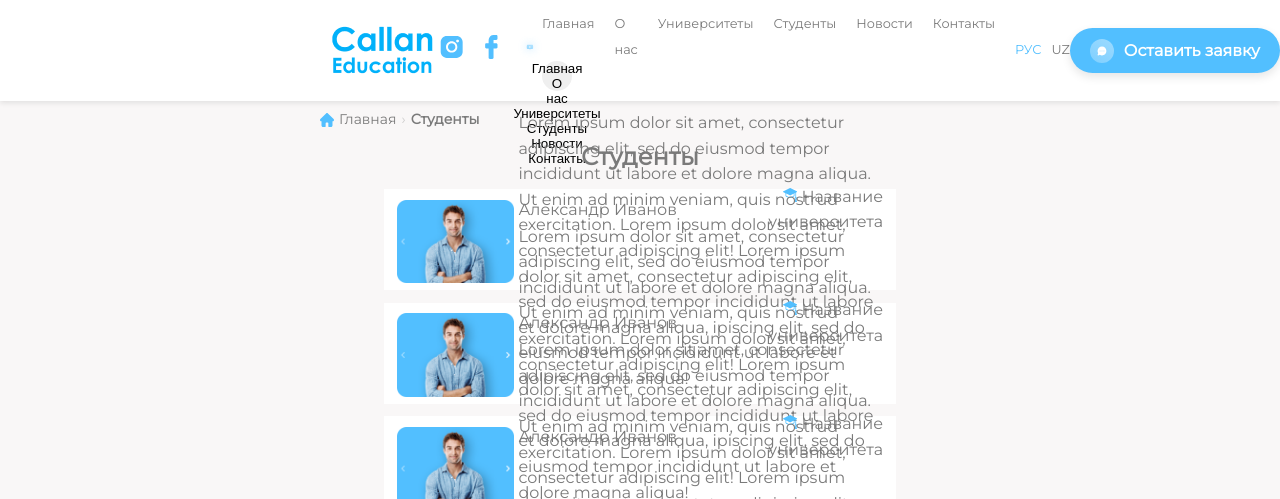
Repository: olyakorzh/Team-project-1
Page: assets/pages/students.html
The author's editor kept a copy of each file at every save. The page is drawn from the files as they stood at one save, then again after the next save.
The browser window is 1280 px wide. The pictures show the part of the page from y = 0 to 499 px (the page is 1974 px tall before and 1954 px after).
Pictures or frames that could not be fetched are drawn as grey boxes. A picture or video elsewhere on the page could not be fetched, so the positions and the page height are approximate.

Above is the page before, as saved 2024-12-08 17:14:30.

After the next save:
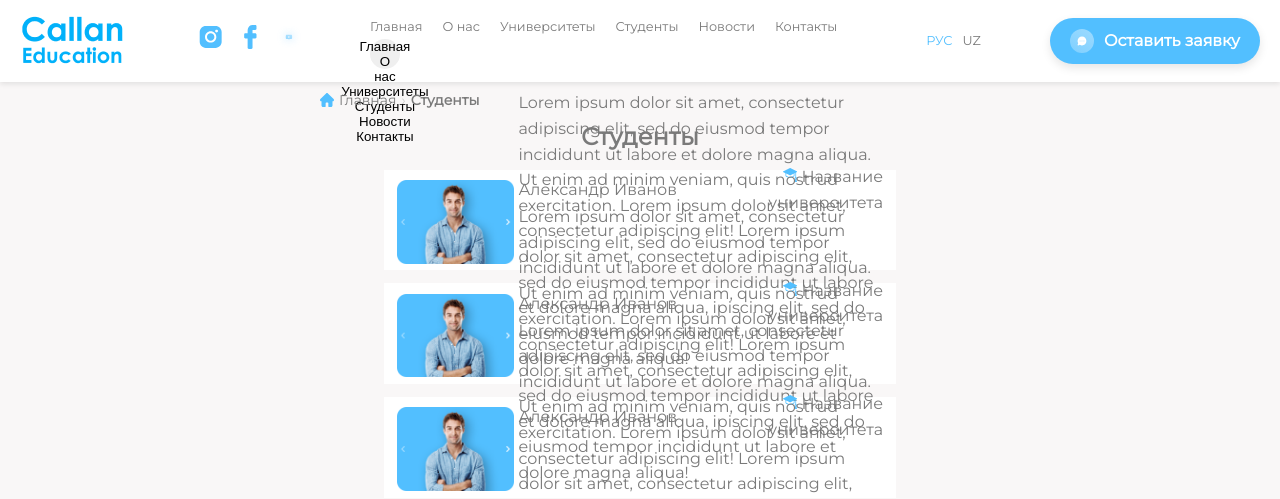
Saved 4 min 10 s later.
--- a/assets/styles/students.css
+++ b/assets/styles/students.css
@@ -34,7 +34,7 @@
     display: flex;
     align-items: center;
     justify-content: space-between;
-    max-width: 50%;
+    max-width: ;
     margin: 0 auto;
   }
 
